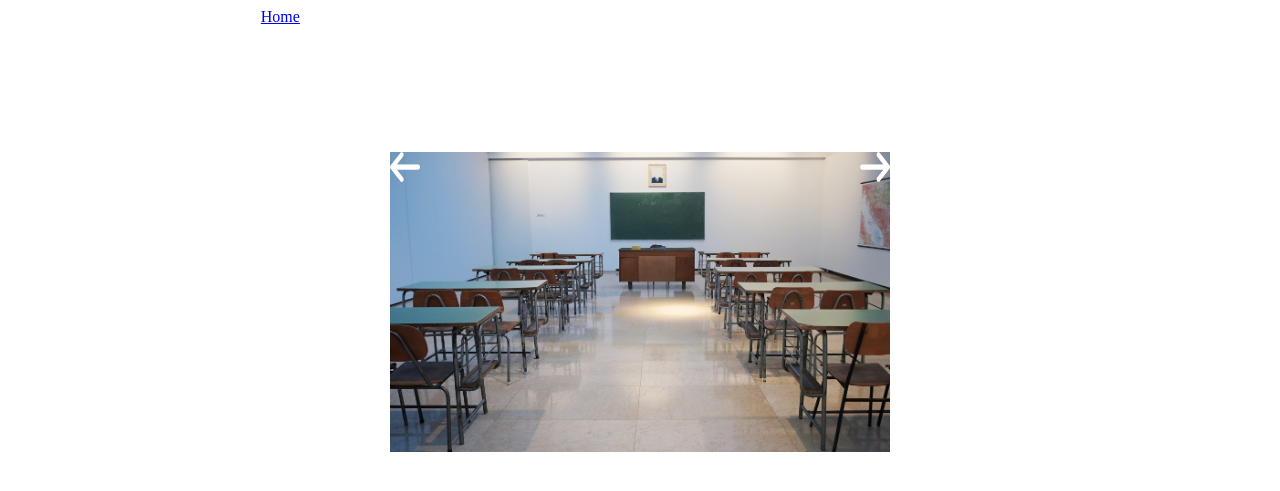
Repository: anoncoderin/dcd-week3-useEffect-carousel
Page: /carouselPage
An editor plug-in stored every save of this project. The page is shown before and after a run of saves, followed by the edit.
The browser window is 1280 px wide. The pictures show the whole page.
The project was rebuilt for these pictures with package versions that can differ from the ones it lists, and the page was loaded fresh each time. The framework's server and built-in components were replaced by stand-ins that run in the browser. Also part of the build but not shown: next.config.js.

Above is the page before, as saved 2023-02-20 13:43:46.

After the next 3 saves:
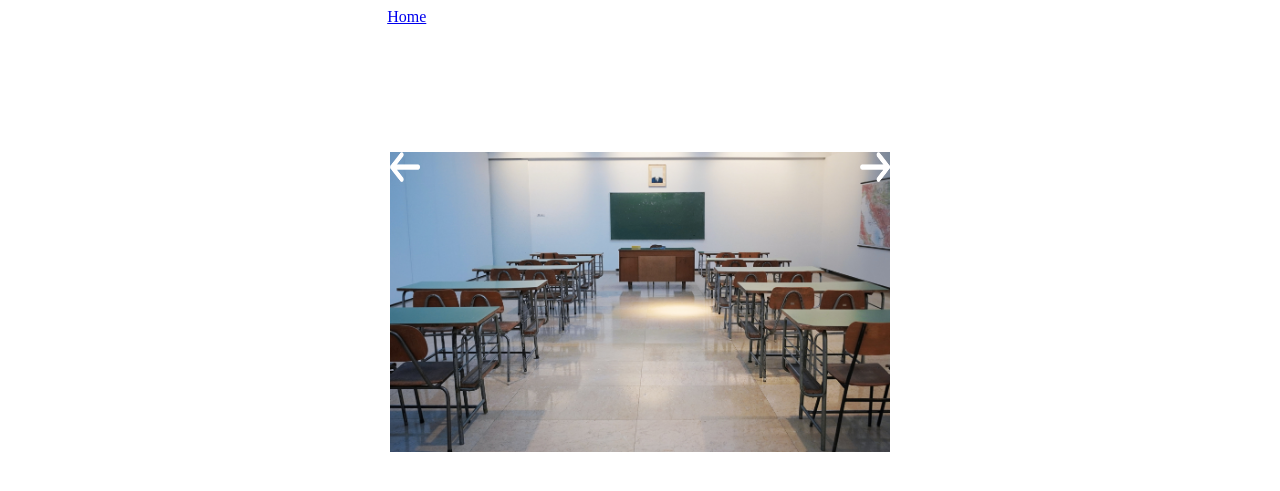
The 3 saves are shown as one change because they came seconds apart.
The last was saved 37 s later.
--- a/styles/carouselPage.module.css
+++ b/styles/carouselPage.module.css
@@ -1,3 +1,3 @@
 .page{
-    margin-left: 20%;
+    margin-left: 30%;
 }
